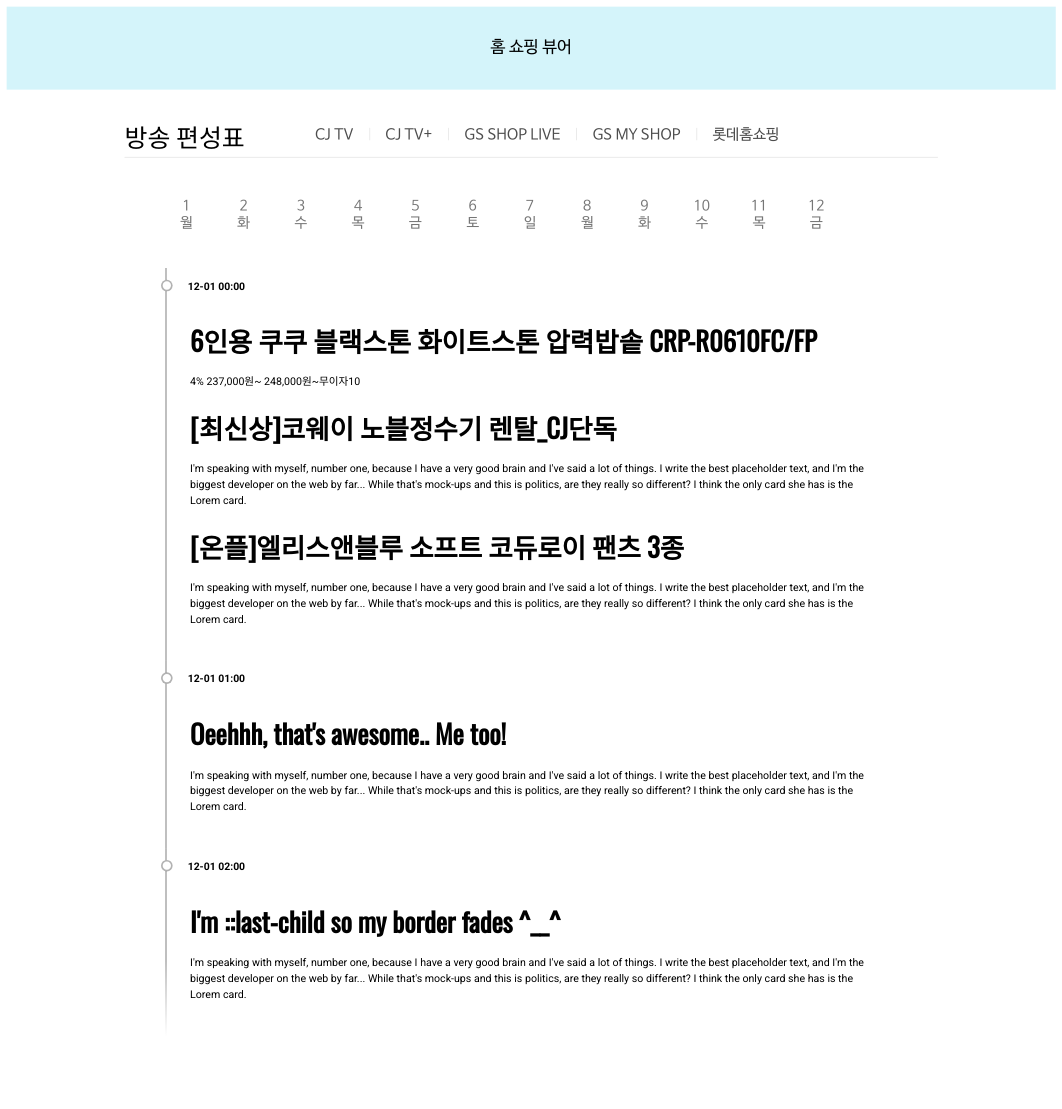
Repository: Kds010/HomeShopping
Page: http://localhost/index
These files come from the project's save history. The page is drawn as it stood at one moment and after the next save; the edit follows.
The browser window is 1280 px wide. The pictures show the whole page, at 83% of full size.
The page is this project's Thymeleaf template; nobody is signed in. The template is opened directly, without the code that normally fills it, so the values that code supplies are empty.

Above is the page before, as saved 2021-12-18 10:15:14.

### homeshopping/src/main/resources/templates/index.html
<!DOCTYPE html>
<html xmlns:th="http://www.thymeleaf.org">
<head>
<meta charset="UTF-8">
<title>SC쇼핑바라기</title>
</head>
<body>
<div id="wrap">
	<th:block th:replace="header.html"></th:block>
	<div id="container">
		<div class="content">
			<div class="fiexd_wrap">
				<div class="fixed_wrap_div">
					<h2 class="fiexd_wrap_tit">방송 편성표</h2>
					<ul class="ch_list_tab" id="ch_list_tab">
						<li class="">CJ TV</li>
						<li class="">CJ TV+</li>
						<li class="">GS SHOP LIVE</li>
						<li class="">GS MY SHOP</li>
						<li class="">롯데홈쇼핑</li>
					</ul>
				</div>
				<ul class="list_date" id="scheduleDate">
					<li data-dt="20211201">
						<a href="javascript:;" class="date_cont">
							<span class="num_date">1</span>
							<span class="txt_date">월</span></a></li>
					<li data-dt="20211202">
						<a href="javascript:;" class="date_cont">
							<span class="num_date">2</span>
							<span class="txt_date">화</span></a></li>
					<li data-dt="20211203">
						<a href="javascript:;" class="date_cont">
							<span class="num_date">3</span>
							<span class="txt_date">수</span></a></li>
					<li data-dt="20211204">
						<a href="javascript:;" class="date_cont">
							<span class="num_date">4</span>
							<span class="txt_date">목</span></a></li>
					<li data-dt="20211205">
						<a href="javascript:;" class="date_cont">
							<span class="num_date">5</span>
							<span class="txt_date">금</span></a></li>
					<li data-dt="20211206">
						<a href="javascript:;" class="date_cont">
							<span class="num_date">6</span>
							<span class="txt_date">토</span></a></li>
					<li data-dt="20211207">
						<a href="javascript:;" class="date_cont">
							<span class="num_date">7</span>
							<span class="txt_date">일</span></a></li>
					<li data-dt="20211208">
						<a href="javascript:;" class="date_cont">
							<span class="num_date">8</span>
							<span class="txt_date">월</span></a></li>
					<li data-dt="20211209">
						<a href="javascript:;" class="date_cont">
							<span class="num_date">9</span>
							<span class="txt_date">화</span></a></li>
					<li data-dt="20211210">
						<a href="javascript:;" class="date_cont">
							<span class="num_date">10</span>
							<span class="txt_date">수</span></a></li>
					<li data-dt="20211211">
						<a href="javascript:;" class="date_cont">
							<span class="num_date">11</span>
							<span class="txt_date">목</span></a></li>
					<li data-dt="20211212">
						<a href="javascript:;" class="date_cont">
							<span class="num_date">12</span>
							<span class="txt_date">금</span></a></li>
				</ul>
			</div>

		<div class="container2">

			<div class="timeline-item" date-is='12-01 00:00'>
				<h1>6인용 쿠쿠 블랙스톤 화이트스톤 압력밥솥 CRP-R0610FC/FP</h1>
				<p>
					4% 237,000원~ 248,000원~무이자10
				</p>
				<h1>[최신상]코웨이 노블정수기 렌탈_CJ단독</h1>
				<p>
					I'm speaking with myself, number one, because I have a very good brain and I've said a lot of things. I write the best placeholder text, and I'm the biggest developer on the web by far... While that's mock-ups and this is politics, are they really so different? I think the only card she has is the Lorem card.
				</p>
				<h1>[온플]엘리스앤블루 소프트 코듀로이 팬츠 3종</h1>
				<p>
					I'm speaking with myself, number one, because I have a very good brain and I've said a lot of things. I write the best placeholder text, and I'm the biggest developer on the web by far... While that's mock-ups and this is politics, are they really so different? I think the only card she has is the Lorem card.
				</p>
			</div>

			<div class="timeline-item" date-is='12-01 01:00'>
				<h1>Oeehhh, that's awesome.. Me too!</h1>
				<p>
					I'm speaking with myself, number one, because I have a very good brain and I've said a lot of things. I write the best placeholder text, and I'm the biggest developer on the web by far... While that's mock-ups and this is politics, are they really so different? I think the only card she has is the Lorem card.
				</p>
			</div>

			<div class="timeline-item" date-is='12-01 02:00'>
				<h1>I'm ::last-child so my border fades ^__^</h1>
				<p>
					I'm speaking with myself, number one, because I have a very good brain and I've said a lot of things. I write the best placeholder text, and I'm the biggest developer on the web by far... While that's mock-ups and this is politics, are they really so different? I think the only card she has is the Lorem card.
				</p>
			</div>

		</div>

		</div>
	</div>
</div>
</body>
</html>

### homeshopping/src/main/resources/templates/header.html
<!DOCTYPE html>
<html>
<head>
<meta charset="UTF-8">
<link rel="stylesheet" type="text/css" href="/css/main.css">
<link rel="stylesheet" type="text/css" href="/css/font.css">
<script src="/js/jquery-3.6.0.js" defer></script>
<script src="/js/index.js" defer></script>
</head>
<body>
<div class="header">
	<div class="header-content">
		홈 쇼핑 뷰어
	</div>
</div>
</body>
</html>

### homeshopping/src/main/resources/static/css/main.css
@charset "UTF-8";

/* // ----------------  THE BASICS */

@import url('https://fonts.googleapis.com/css?family=Oswald|Roboto:400,700');

/* // ----------------  THE FONTS */

h1, h2, h3, h4, h5, h6 {
	font-family: 'Oswald', sans-serif;
}

h1 {
	font-size: 2rem;
	margin-bottom: .5em;
}

p {
	font-family: 'Roboto', sans-serif;
	font-size: .8rem;
}


body{
	font-family: 'NanumBarunGothic', sans-serif;
    /* font-size: 12px; */
    font-size: 14px;
    line-height: 1.5;
}


div{
	display:block;
}

li, ol, ul{
	list-style: none;
}

li{
	display: list-item;
    text-align: -webkit-match-parent;
}

ul{
	list-style-type: disc;
}

a{
	color: inherit;
    text-decoration: none;
}

/* h1, h2, h3, h4, h5, h6{
	display: block;
    font-size: 1.5em;
    margin-block-start: 0.83em;
    margin-block-end: 0.83em;
    margin-inline-start: 0px;
    margin-inline-end: 0px;
    font-weight: bold;
} */

#wrap{
	min-width: 1240px;
}

.header {
	display: flex;
	background: #D4F4FA;
	width: 100%;
	height: 100px;
	font-size:20px;
	text-align: center;
}

.header-content{
    width: 1180px;
    margin: auto;
}

#container{
	position: relative;
    width: 1180px;
    min-height: 802px;
    margin: 0 auto;
    padding-bottom: 80px;
    zoom: 1;
}

.content{
	width:980px;
	margin:0 auto;
}

.fiexd_wrap{
	width:980px;
	margin-top: 30px;
}

.fixed_wrap_div{
	overflow: hidden;
	margin-bottom: 10px;
	border-bottom: 1px solid #e5e5e5;
}


.fiexd_wrap_tit{
	float: left;
    margin-top: 3px;
    margin-bottom: 3px;
    font-weight: 400;
    font-size: 30px;
    line-height: 1.5;
}

.ch_list_tab{
	overflow: hidden;
    float: left;
    margin: 12px 0 0 6px;
}

.ch_list_tab li{
	position: relative;
    float: left;
    margin-left: 39px;
    font-size: 18px;
    color: #4d4d4d;
    text-decoration: none;
}

.ch_list_tab li:nth-child(1):after {
    content: normal;
}

.ch_list_tab li:after {
	position: absolute;
    top: 4px;
    left: -20px;
    width: 1px;
    height: 15px;
    background-color: #e6e6e6;
    content: '';
}

.list_date {
	display: inline-block;
}

.list_date li{
	vertical-align: top;
	float: left;
    padding: 10px 3px;
    color: #767676;
    text-align: center;
    margin:0;
}

.list_date .date_cont{
	display: block;
    width: 31px;
    padding: 14px 16px 10px;
    font-size: 17px;
    line-height: 21px;
    text-decoration: none;
}

.list_date .num_date{
	display: block;
    height: 20px;
}

.list_date .txt_date{
	display: block;
    line-height: 24px;
}



/* // ----------------  LAYOUT */

.container2 {
	max-width: 1024px;
	width: 90%;
	margin: 0 auto;
}

/* // ----------------  THE FONTS */

/* $border-color: rgba(black, .3); */

.timeline-item {
	padding: 3em 2em 2em;
	position: relative;
	color: rgba(black, .7);
	/* border-left: 2px solid $border-color; */
	border-left: 2px solid rgba(0, 0, 0, 0.3);
}
.timeline-item::before {
		content: attr(date-is);
		position: absolute;
		left: 2em;
		font-weight: bold;
		top: 1em;
		display: block;
		font-family: 'Roboto', sans-serif;
		font-weight: 700;
		font-size: .785rem;
	}

.timeline-item::after {
		width: 10px;
		height: 10px;
		display: block;
		top: 1em;
		position: absolute;
		left: -7px;
		border-radius: 10px;
		content: "";
		/* border: 2px solid $border-color; */
		border: 2px solid rgba(0, 0, 0, 0.3);
		background: white;
	}

.timeline-item:last-child {
			border-image: linear-gradient(to bottom, rgba(0, 0, 0, 0.3) 60%, rgba(0, 0, 0, 0)) 1 100%;
		;
	}
}

.timeline-item	p {
		font-size: 1rem;
}

### homeshopping/src/main/resources/static/css/font.css
@charset "UTF-8";
@font-face {
    font-family: 'NanumBarunGothic';
    src:url('/fonts/NanumBarunGothic.ttf') format('woff'),
        url('/fonts/NanumBarunGothic.ttf') format('woff2');
    font-weight: 400;
}

Loaded but not shown: homeshopping/src/main/resources/static/js/jquery-3.6.0.js (library); homeshopping/src/main/resources/static/js/index.js (no copy from this time; the picture is the same without it)

After the next save:
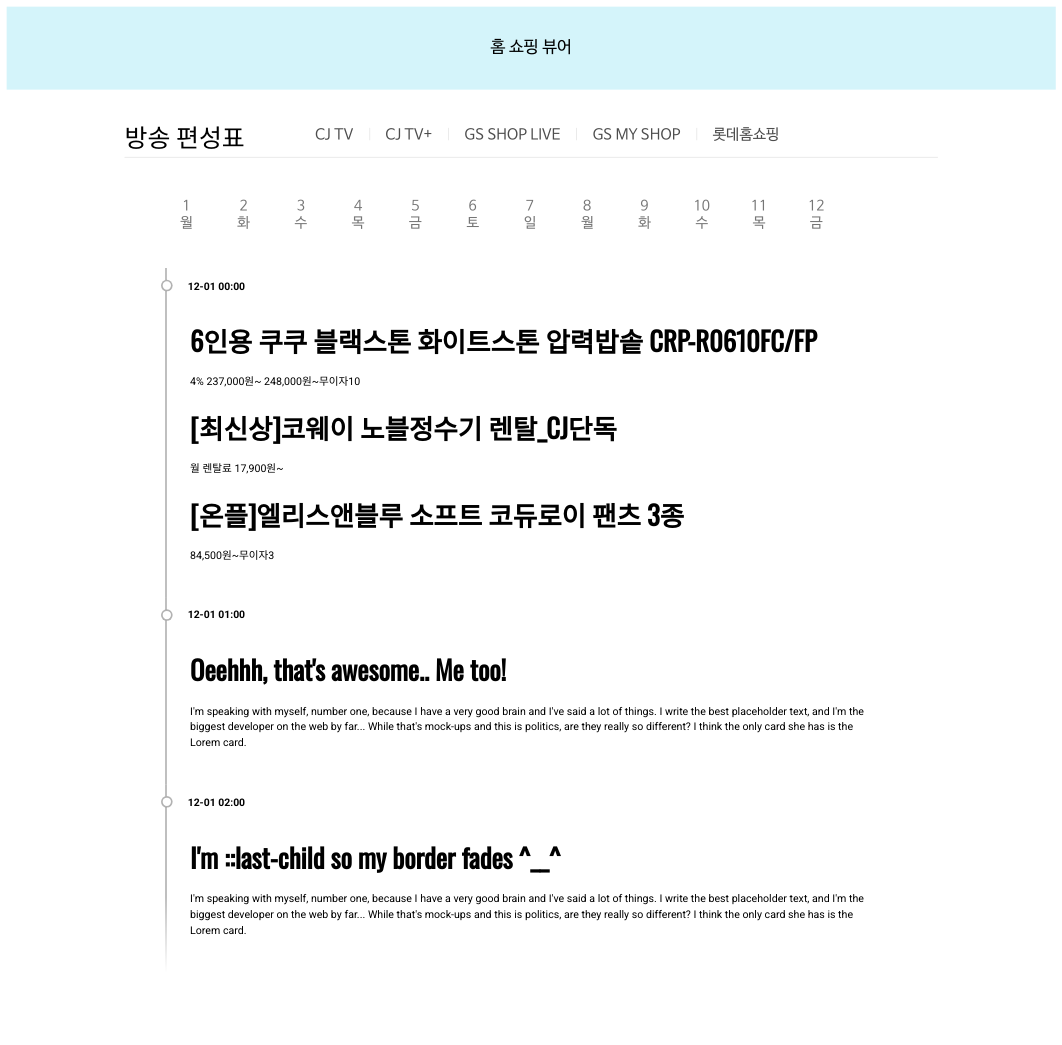
Saved 53 s later.
--- a/homeshopping/src/main/resources/templates/index.html
+++ b/homeshopping/src/main/resources/templates/index.html
@@ -81,11 +81,11 @@
 				</p>
 				<h1>[최신상]코웨이 노블정수기 렌탈_CJ단독</h1>
 				<p>
-					I'm speaking with myself, number one, because I have a very good brain and I've said a lot of things. I write the best placeholder text, and I'm the biggest developer on the web by far... While that's mock-ups and this is politics, are they really so different? I think the only card she has is the Lorem card.
+					월 렌탈료 17,900원~
 				</p>
 				<h1>[온플]엘리스앤블루 소프트 코듀로이 팬츠 3종</h1>
 				<p>
-					I'm speaking with myself, number one, because I have a very good brain and I've said a lot of things. I write the best placeholder text, and I'm the biggest developer on the web by far... While that's mock-ups and this is politics, are they really so different? I think the only card she has is the Lorem card.
+					84,500원~무이자3
 				</p>
 			</div>
 
